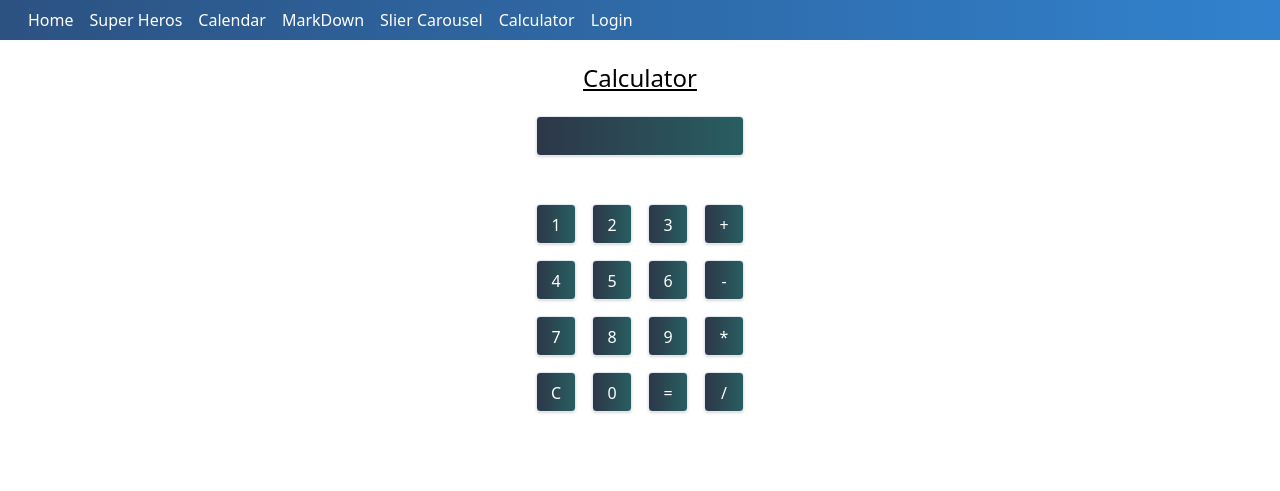
Repository: kshvkndl/VueFullCoursePractice
Page: /calculator
The author's editor kept a copy of each file at every save. The page is drawn from the files as they stood at one save, then again after the next save.
The browser window is 1280 px wide. The pictures show the whole page.
The project was rebuilt for these pictures with package versions that can differ from the ones it lists, and the page was loaded fresh each time. Also part of the build but not shown: src/components/login/GoogleLogin.vue, src/components/LoginModal.vue, src/pages/SuperHeros.vue, src/pages/Calender.vue, src/pages/Home.vue, src/utilities/mixins/debounce.js, src/pages/MarkDown.vue, src/pages/Slider.vue.

Above is the page before, as saved 2020-11-24 17:21:01.

After the next save:
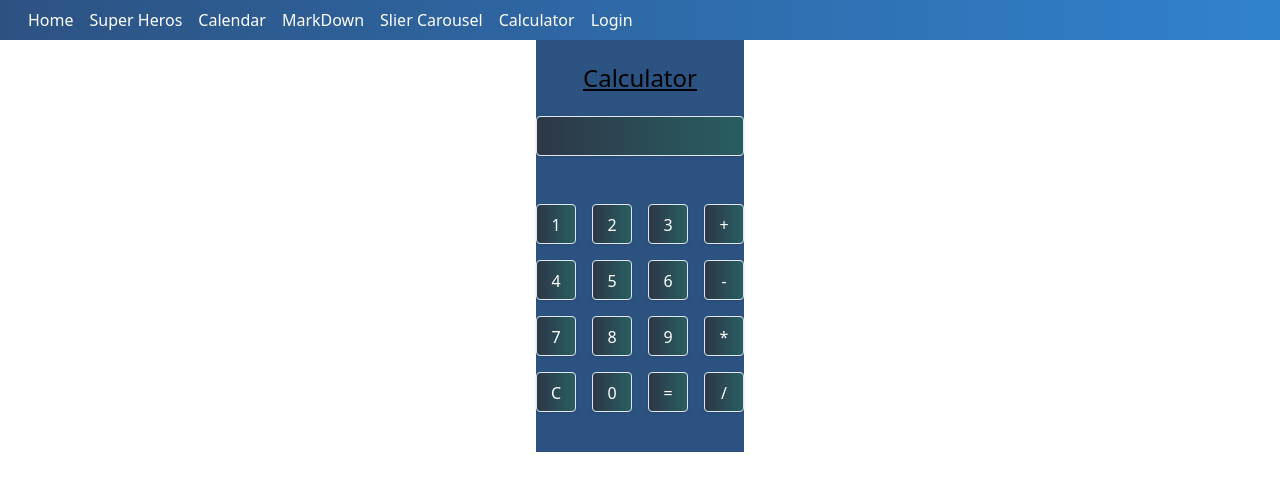
Saved 9 s later.
--- a/src/pages/Calculator.vue
+++ b/src/pages/Calculator.vue
@@ -1,6 +1,6 @@
 <template>
   <section class="flex w-full">
-    <div class="m-auto bg-blue">
+    <div class="m-auto bg-blue-800">
       <h1 class="text-2xl text-center mt-5"><u>Calculator</u></h1>
       <p
         class="text-2xl text-right mt-5 mb-2 border rounded shadow w-45 h-10 p-1 overflow-x-hidden text-white bg-gradient-to-r from-gray-800 to-teal-800"

After the save that followed:
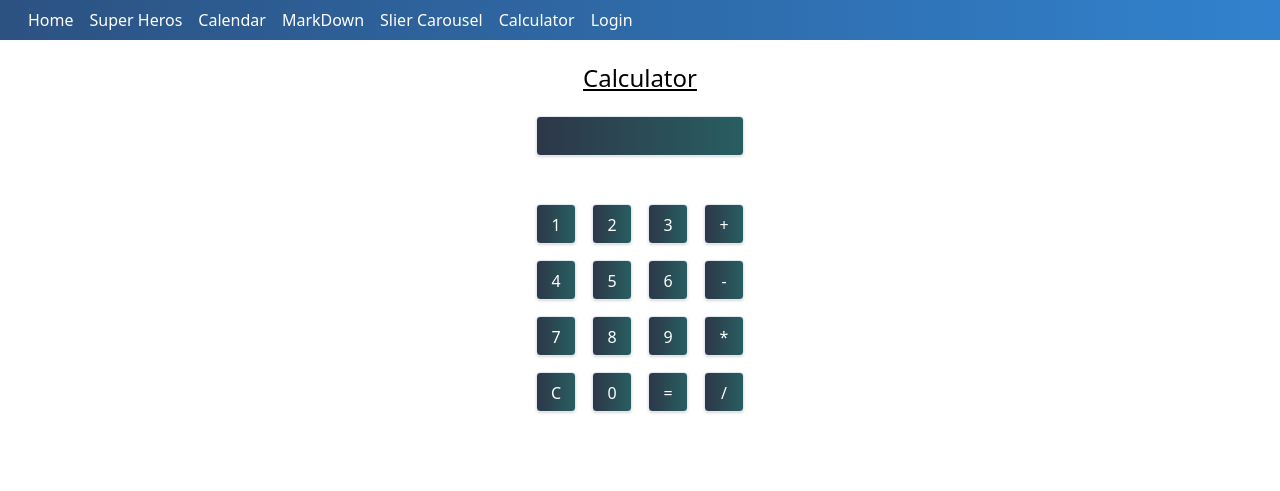
Saved 8 s later.
--- a/src/pages/Calculator.vue
+++ b/src/pages/Calculator.vue
@@ -1,6 +1,6 @@
 <template>
   <section class="flex w-full">
-    <div class="m-auto bg-blue-800">
+    <div class="m-auto">
       <h1 class="text-2xl text-center mt-5"><u>Calculator</u></h1>
       <p
         class="text-2xl text-right mt-5 mb-2 border rounded shadow w-45 h-10 p-1 overflow-x-hidden text-white bg-gradient-to-r from-gray-800 to-teal-800"
